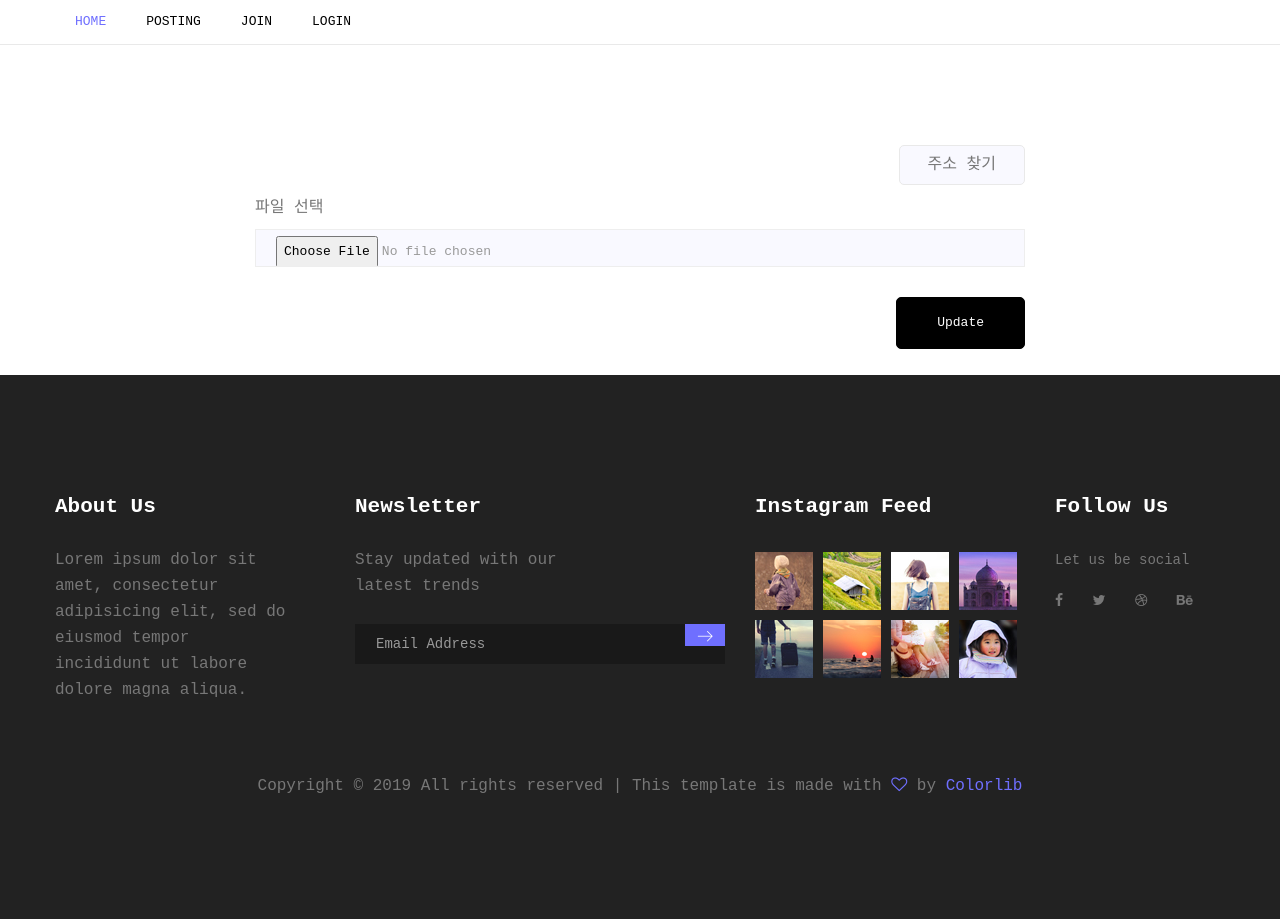
Repository: juneyj114/jspblog
Page: http://localhost/blog/user/userProfileForm.jsp
These files come from the project's save history. The page is drawn as it stood at one moment and after the next save; the edit follows.
The browser window is 1280 px wide. The pictures show the whole page.
Some web fonts or font styles are not loaded; a fallback is used. The page is served by Tomcat 9. Other server files are loaded and not shown.

Above is the page before, as saved 2019-11-13 05:38:48.

### blog/WebContent/user/userProfileForm.jsp
<%@ page language="java" contentType="text/html; charset=UTF-8" pageEncoding="UTF-8"%>
<html>
<%@ include file="/include/nav.jsp"%>

<!--================Contact Area =================-->
<section class="contact_area">
	<div class="container">
		<div class="row">
			<div class="col-lg-2"></div>
			<div class="col-lg-8">
				<form class="row contact_form" action="/blog/user?&cmd=update" method="post" onsubmit="return validateCheck()">

					<div class="col-md-12">
						<div class="form-group float-right">
							<a class="blog_btn" onclick={goPopup()}>주소 찾기</a>
						</div>
					</div>
					<div class="col-md-12">
						<div class="form-group">
							<label for="filename">파일 선택</label>
							<input type="file" id="filename" class="form-control" name="userProfile" style="overflow: hidden;" readonly >
						</div>
					</div>
					<div class="col-md-12 text-right">
						<button type="submit" value="submit" class="btn submit_btn">Update</button>
					</div>
				</form>
			</div>
			<div class="col-lg-2"></div>
		</div>
	</div>
</section>
<!--================Contact Area =================-->
<%@ include file="/include/footer.jsp"%>
</html>

### blog/WebContent/include/nav.jsp
<%@ page language="java" contentType="text/html; charset=UTF-8" pageEncoding="UTF-8"%>
<%@ taglib prefix="c" uri="http://java.sun.com/jsp/jstl/core"%>
<html>
<head>
<!-- Required meta tags -->
<meta charset="utf-8">
<meta name="viewport" content="width=device-width, initial-scale=1, shrink-to-fit=no">
<link rel="icon" href="/blog/img/favicon.png" type="image/png">
<title>Juney's Blog</title>
<!-- Bootstrap CSS -->
<link rel="stylesheet" href="/blog/css/bootstrap.css">
<link rel="stylesheet" href="/blog/vendors/linericon/style.css">
<link rel="stylesheet" href="/blog/css/font-awesome.min.css">
<link rel="stylesheet" href="/blog/vendors/owl-carousel/owl.carousel.min.css">
<link rel="stylesheet" href="/blog/vendors/lightbox/simpleLightbox.css">
<link rel="stylesheet" href="/blog/vendors/nice-select/css/nice-select.css">
<link rel="stylesheet" href="/blog/vendors/animate-css/animate.css">
<link rel="stylesheet" href="/blog/vendors/jquery-ui/jquery-ui.css">
<!-- main css -->
<link rel="stylesheet" href="/blog/css/style.css">
<link rel="stylesheet" href="/blog/css/responsive.css">

</head>

<body>
	<!--================Header Menu Area =================-->
	<header class="header_area">
		<div class="main_menu">
			<nav class="navbar navbar-expand-lg navbar-light">
				<div class="container box_1620">
					<!-- Brand and toggle get grouped for better mobile display -->
					<a class="navbar-brand logo_h" href="#"><img src="/blog/img/logo.png" alt=""></a>
					<button class="navbar-toggler" type="button" data-toggle="collapse" data-target="#navbarSupportedContent" aria-controls="navbarSupportedContent" aria-expanded="false"
						aria-label="Toggle navigation">
						<span class="icon-bar"></span> <span class="icon-bar"></span> <span class="icon-bar"></span>
					</button>
					<!-- Collect the nav links, forms, and other content for toggling -->
					<div class="collapse navbar-collapse offset" id="navbarSupportedContent">
						<ul class="nav navbar-nav menu_nav" id="mainUl">
							<li class="nav-item active"><a class="nav-link" href="/blog/index.jsp">Home</a></li>
							<li class="nav-item"><a class="nav-link" href="/blog/board/write.jsp">Posting</a></li>
							<%-- <li class="nav-item"><a class="nav-link" href="/blog/user/join.jsp">Join</a></li> --%>

							<%-- <c:choose>
								<c:when test="${empty sessionScope.username}">
									<li class="nav-item">
										<a class="nav-link" href="/blog/user/login.jsp">Login</a>
									</li>
								</c:when>
								<c:otherwise>
									<li class="nav-item">
										<a class="nav-link" href="/blog/user?cmd=logout">Logout</a>
									</li>
								</c:otherwise>
							</c:choose> --%>

						</ul>
						<ul class="nav navbar-nav navbar-right header_social ml-auto">
							<c:choose>
								<c:when test="${empty sessionScope.user}"></c:when>
								<c:otherwise>
								<a href="/blog/user/userProfileForm.jsp"><img src="${sessionScope.user.userProfile}" style="height: 40px; border-radius: 100%; width: 40px;" /></a>
								</c:otherwise>

							</c:choose>
						</ul>
					</div>
				</div>
			</nav>
			<script>
				const mainUl = document.querySelector("#mainUl");
				const id = "<c:out value='${sessionScope.user}'/>";
				const li1 = document.createElement("li");
				const a1 = document.createElement("a");
				const li2 = document.createElement("li");
				const a2 = document.createElement("a");
				console.log(id);
				if (id === null || id === "") {
					a1.innerText = "Join";
					a1.href = "/blog/user/join.jsp";
					a2.innerText = "Login";
					a2.href = "/blog/user/login.jsp";
				} else {
					a1.innerText = "Profile";
					a1.href = "/blog/user/update.jsp";
					a2.innerText = "Logout";
					a2.href = "/blog/user?cmd=logout";
				}
				a1.classList.add("nav-link");
				li1.classList.add("nav-item");
				li1.appendChild(a1);
				mainUl.appendChild(li1);
				a2.classList.add("nav-link");
				li2.classList.add("nav-item");
				li2.appendChild(a2);
				mainUl.appendChild(li2);
			</script>

		</div>
	</header>

</body>
</html>

### blog/WebContent/include/footer.jsp
<%@ page language="java" contentType="text/html; charset=UTF-8" pageEncoding="UTF-8"%>

<html>
<body>
<!--================ start footer Area  =================-->
	<footer class="footer-area p_120" style="margin-top:10px">
		<div class="container">
			<div class="row">
				<div class="col-lg-3  col-md-6 col-sm-6">
					<div class="single-footer-widget">
						<h6 class="footer_title">About Us</h6>
						<p>Lorem ipsum dolor sit amet, consectetur adipisicing elit, sed do eiusmod tempor incididunt ut labore dolore magna aliqua.</p>
					</div>
				</div>
				<div class="col-lg-4 col-md-6 col-sm-6">
					<div class="single-footer-widget">
						<h6 class="footer_title">Newsletter</h6>
						<p>Stay updated with our latest trends</p>
						<div id="mc_embed_signup">
							<form target="_blank" action="https://spondonit.us12.list-manage.com/subscribe/post?u=1462626880ade1ac87bd9c93a&amp;id=92a4423d01" method="get" class="subscribe_form relative">
								<div class="input-group d-flex flex-row">
									<input name="EMAIL" placeholder="Email Address" onfocus="this.placeholder = ''" onblur="this.placeholder = 'Email Address '" required="" type="email">
									<button class="btn sub-btn">
										<span class="lnr lnr-arrow-right"></span>
									</button>
								</div>
								<div class="mt-10 info"></div>
							</form>
						</div>
					</div>
				</div>
				<div class="col-lg-3 col-md-6 col-sm-6">
					<div class="single-footer-widget instafeed">
						<h6 class="footer_title">Instagram Feed</h6>
						<ul class="list instafeed d-flex flex-wrap">
							<li><img src="/blog/img/instagram/Image-01.jpg" alt=""></li>
							<li><img src="/blog/img/instagram/Image-02.jpg" alt=""></li>
							<li><img src="/blog/img/instagram/Image-03.jpg" alt=""></li>
							<li><img src="/blog/img/instagram/Image-04.jpg" alt=""></li>
							<li><img src="/blog/img/instagram/Image-05.jpg" alt=""></li>
							<li><img src="/blog/img/instagram/Image-06.jpg" alt=""></li>
							<li><img src="/blog/img/instagram/Image-07.jpg" alt=""></li>
							<li><img src="/blog/img/instagram/Image-08.jpg" alt=""></li>
						</ul>
					</div>
				</div>
				<div class="col-lg-2 col-md-6 col-sm-6">
					<div class="single-footer-widget f_social_wd">
						<h6 class="footer_title">Follow Us</h6>
						<p>Let us be social</p>
						<div class="f_social">
							<a href="#"><i class="fa fa-facebook"></i></a> <a href="#"><i class="fa fa-twitter"></i></a> <a href="#"><i class="fa fa-dribbble"></i></a> <a href="#"><i class="fa fa-behance"></i></a>
						</div>
					</div>
				</div>
			</div>
			<div class="row footer-bottom d-flex justify-content-between align-items-center">
				<p class="col-lg-12 footer-text text-center">
					<!-- Link back to Colorlib can't be removed. Template is licensed under CC BY 3.0. -->
					Copyright &copy;
					<script>
						document.write(new Date().getFullYear());
					</script>
					All rights reserved | This template is made with <i class="fa fa-heart-o" aria-hidden="true"></i> by <a href="https://colorlib.com" target="_blank">Colorlib</a>
					<!-- Link back to Colorlib can't be removed. Template is licensed under CC BY 3.0. -->
				</p>
			</div>
		</div>
	</footer>

<!--================ End footer Area  =================-->

<!-- Optional JavaScript -->
<!-- jQuery first, then Popper.js, then Bootstrap JS -->
<script src="/blog/js/jquery-3.2.1.min.js"></script>
<script src="/blog/js/popper.js"></script>
<script src="/blog/js/bootstrap.min.js"></script>
<script src="/blog/js/stellar.js"></script>
<script src="/blog/vendors/lightbox/simpleLightbox.min.js"></script>
<script src="/blog/vendors/nice-select/js/jquery.nice-select.min.js"></script>
<script src="/blog/vendors/isotope/imagesloaded.pkgd.min.js"></script>
<script src="/blog/vendors/isotope/isotope-min.js"></script>
<script src="/blog/vendors/owl-carousel/owl.carousel.min.js"></script>
<script src="/blog/vendors/jquery-ui/jquery-ui.js"></script>
<script src="/blog/js/jquery.ajaxchimp.min.js"></script>
<script src="/blog/js/mail-script.js"></script>
<script src="/blog/js/theme.js"></script>
</body>
</html>

### blog/WebContent/css/responsive.css
@media (max-width:1619px){
	/* Main Menu Area css
	============================================================================================ */
   .header_area .navbar .search {
		margin-left: 40px;
	}
	/* End Main Menu Area css
	============================================================================================ */
	.home_banner_area .blog_text_slider .owl-prev, .home_banner_area .blog_text_slider .owl-next {
		right: 0px;
		font-size: 30px;
	}
}
@media (max-width:1199px){
	/* Main Menu Area css
	============================================================================================ */
	.header_area + section, .header_area + div {
		margin-top: 143px;
	}
	.top_menu .container{
		display: block;
	}
	/* End Main Menu Area css
	============================================================================================ */
	/* Home Banner Area css
	============================================================================================ */
	.home_banner_area {
		min-height: 700px;
	}
	/* End Home Banner Area css
	============================================================================================ */
	.home_banner_area {
		background-size: cover;
	}
	.blog_text {
		padding: 65px 65px 65px 65px;
	}
	.banner_area {
		background-size: cover;
	}
	.blog_style1 .blog_text {
		padding-left: 15px;
		padding-right: 15px;
		padding-top: 0px;
		padding-bottom: 0px;
	}
}

@media (max-width:991px){
	/* Main Menu Area css
	============================================================================================ */
	.logo_part {
		display: none;
	}
    .navbar-toggler {
        border: none;
        border-radius: 0px;
        padding: 0px;
        cursor: pointer;
        margin-top: 27px;
        margin-bottom: 23px;
		float: right;
    }
	.header_area .navbar {
		background: #fff;
	}
    .navbar-toggler[aria-expanded="false"] span:nth-child(2) {
		opacity: 1;
	}
	.navbar-toggler[aria-expanded="true"] span:nth-child(2) {
		opacity: 0;
	}
	.navbar-toggler[aria-expanded="true"] span:first-child {
		transform: rotate(-45deg);
		position: relative;
		top: 7.5px;
	}
	.navbar-toggler[aria-expanded="true"] span:last-child {
		transform: rotate(45deg);
		bottom: 6px;
		position: relative;
	}
	.navbar-toggler span{
		display: block;
		width: 25px;
		height: 3px;
		background: #000;
		margin: auto;
		margin-bottom: 4px;
		transition: all 400ms linear;
		cursor: pointer;
	}
    .navbar .container{
        padding-left: 15px;
        padding-right: 15px;
    }
    .nav{
        padding: 0px 0px;
    }
	.header_area + section, .header_area + row, .header_area + div {
		margin-top: 117px;
	}
    .header_top .nav{
        padding: 0px;
    }
    .header_area .navbar .nav .nav-item .nav-link{
        line-height: 40px;
        margin-right: 0px;
        display: block;
		border-bottom: 1px solid #ededed33;
		border-radius: 0px;
    }
    .header_area .navbar .search{
        margin-left: 0px;
    }
	.header_area .navbar-collapse{
		max-height: 340px;
		overflow-y: scroll;
	}
	.header_area .navbar .nav .nav-item.submenu ul .nav-item .nav-link {
		padding: 0px 15px;
	}
	.header_area .navbar .nav .nav-item {
		margin-right: 0px;
	}
	.header_area + section, .header_area + row, .header_area + div {
		margin-top: 71px;
	}
	.main_menu .navbar .container_inner {
		display: block;
	}
	.main_menu .navbar .navbar-brand {
		display: inline-block;
		padding-top: 11px;
		width: 173px;
	}
	.main_menu .navbar .navbar-brand img {
		width: 100%;
	}
	/* End Main Menu Area css
	============================================================================================ */

	/* Contact Page Area css
	============================================================================================ */
	.contact_info{
		margin-bottom: 50px;
	}
	/* End Contact page Area css
	============================================================================================ */
	.home_banner_area .donation_inner{
		margin-bottom: -30px;
	}
	.single-footer-widget{
		margin-bottom: 30px;
	}
	.footer-area .row{
		margin-bottom: -30px;
	}
	/* Footer Area css
	============================================================================================ */
	/* End End Footer Area css
	============================================================================================ */
	.home_banner_area {
		background-size: cover;
		margin-bottom: 0px;
	}
	/* Extra header Area css
	============================================================================================ */
	/* End Extra header Area css
	============================================================================================ */

	.nav.navbar-nav.navbar-right.header_social{
		display: none;
	}

}
@media (max-width:767px){
	.home_banner_area {
		min-height: 500px;
	}
	.home_banner_area .banner_inner {
		min-height: 500px;
	}
	.home_banner_area .banner_inner .banner_content {
		margin-top: 0px;
	}
	/* Blog Page Area css
	============================================================================================ */
    .blog_banner .banner_inner .blog_b_text h2 {
		font-size: 40px;
		line-height: 50px;
	}
	.blog_info.text-right{
		text-align: left !important;
		margin-bottom: 10px;
	}
	/* End Blog Page Area css
	============================================================================================ */
	.home_banner_area .banner_inner .banner_content h3 {
		font-size: 30px;
	}
	.home_banner_area .banner_inner .banner_content p br {
		display: none;
	}
	/* Footer Area css
	============================================================================================ */
	.footer-bottom .footer-text{
		text-align: center;
	}
	.footer-bottom .footer-social {
		text-align: center;
		margin-bottom: 20px;
	}
	/* End End Footer Area css
	============================================================================================ */
	.blog_style1.small .blog_img img{
		width: 100%;
	}
}
@media (max-width:575px){

	.header_area + section, .header_area + row, .header_area + div {
		margin-top: 71px;
	}
	.top_menu {
		display: none;
	}

    /* Home Banner Area css
	============================================================================================ */
	.home_banner_area .banner_inner .banner_content h2 {
		font-size: 28px;
	}
	.home_banner_area {
		min-height: 500px;
	}
	.home_banner_area .banner_inner {
		min-height: 500px;
	}
	.blog_banner .banner_inner .blog_b_text {
		margin-top: 0px;
	}
	.home_banner_area .banner_inner .banner_content img{
		display: none;
	}
	.home_banner_area .banner_inner .banner_content h5 {
		margin-top: 0px;
	}
	.home_banner_area .banner_inner .banner_content .date a {
		margin-right: 8px;
	}
	/* End Home Banner Area css
	============================================================================================ */
	.p_120 {
		padding-top: 70px;
		padding-bottom: 70px;
	}
	.main_title h2 {
		font-size: 25px;
	}
	/* Elements Area css
	============================================================================================ */
	.sample-text-area {
		padding: 70px 0 70px 0;
	}
	/* End Elements Area css
	============================================================================================ */

	/* Blog Page Area css
	============================================================================================ */
	.blog_details h2 {
		font-size: 20px;
		line-height: 30px;
	}
	.blog_banner .banner_inner .blog_b_text h2 {
		font-size: 28px;
		line-height: 38px;
	}
	.banner_area .banner_inner .banner_content {
		margin-top: 0px;
	}
	/* End Blog Page Area css
	============================================================================================ */
	/* Footer Area css
	============================================================================================ */
	/* End End Footer Area css
	============================================================================================ */
	.pad_top {
		padding-top: 70px;
	}
	.mt-100 {
		margin-top: 50px;
	}
	.single-footer-widget p {
		max-width: 100%;
	}
	.p_100 {
		padding-top: 70px;
		padding-bottom: 70px;
	}
	.blog_style1 .blog_text .blog_text_inner {
		margin-top: 0px;
	}
	.blog_style1 .blog_text {
		padding-left: 0px;
		padding-right: 0px;
		padding-top: 0px;
		padding-bottom: 0px;
	}
	.blog_text .cat a {
		margin-right: 5px;
	}
	.blog_text .cat .cat_btn {
		display: block;
		width: 86px;
		margin-bottom: 10px;
	}
}

@media (max-width:480px){
	/* Main Menu Area css
	============================================================================================ */
	.header_area .navbar-collapse{
		max-height: 250px;
	}
	/* End Main Menu Area css
	============================================================================================ */

	/* Home Banner Area css
	============================================================================================ */
    .home_banner_area .banner_inner .banner_content {
		padding: 30px 15px;
		margin-top: 0px;
	}
	.banner_content .white_btn {
		display: block;
	}
	.home_banner_area .banner_inner .banner_content h3 {
		font-size: 24px;
	}
	.home_banner_area .carousel .carousel-indicators {
		bottom: -50px;
		z-index: 20;
	}
	/* End Home Banner Area css
	============================================================================================ */
	.banner_area .banner_inner .banner_content h2 {
		font-size: 32px;
	}
	/* Blog Page Area css
	============================================================================================ */
	.comments-area .thumb {
		margin-right: 10px;
	}

	/* End Blog Page Area css
	============================================================================================ */
	.home_banner_area .blog_text_slider .owl-prev {
		top: auto;
		bottom: 110px;
		transform: translateY(-0%);
		left: 10px;
	}
	.home_banner_area .blog_text_slider .owl-next {
		top: auto;
		bottom: 110px;
		right: 10px;
		transform: translateY(-0%);
	}
	.blog_text {
		padding: 60px 20px;
	}
}

Loaded but not shown: blog/WebContent/css/bootstrap.css (library); blog/WebContent/vendors/linericon/style.css (library); blog/WebContent/css/font-awesome.min.css (library); blog/WebContent/vendors/owl-carousel/owl.carousel.min.css (common file); blog/WebContent/vendors/lightbox/simpleLightbox.css (library); blog/WebContent/vendors/nice-select/css/nice-select.css (library); blog/WebContent/vendors/animate-css/animate.css (library); blog/WebContent/vendors/jquery-ui/jquery-ui.css (library); blog/WebContent/js/jquery-3.2.1.min.js (library); blog/WebContent/js/popper.js (library); blog/WebContent/js/bootstrap.min.js (library); blog/WebContent/js/stellar.js (library); blog/WebContent/vendors/lightbox/simpleLightbox.min.js (library); blog/WebContent/vendors/nice-select/js/jquery.nice-select.min.js (common file); blog/WebContent/vendors/isotope/imagesloaded.pkgd.min.js (library); blog/WebContent/vendors/isotope/isotope-min.js (library); blog/WebContent/vendors/owl-carousel/owl.carousel.min.js (library); blog/WebContent/vendors/jquery-ui/jquery-ui.js (library); blog/WebContent/js/jquery.ajaxchimp.min.js (library); blog/WebContent/js/theme.js (283 lines, source omitted); blog/WebContent/js/mail-script.js (31 lines, source omitted); blog/WebContent/css/style.css (3904 lines, source omitted)

After the next save:
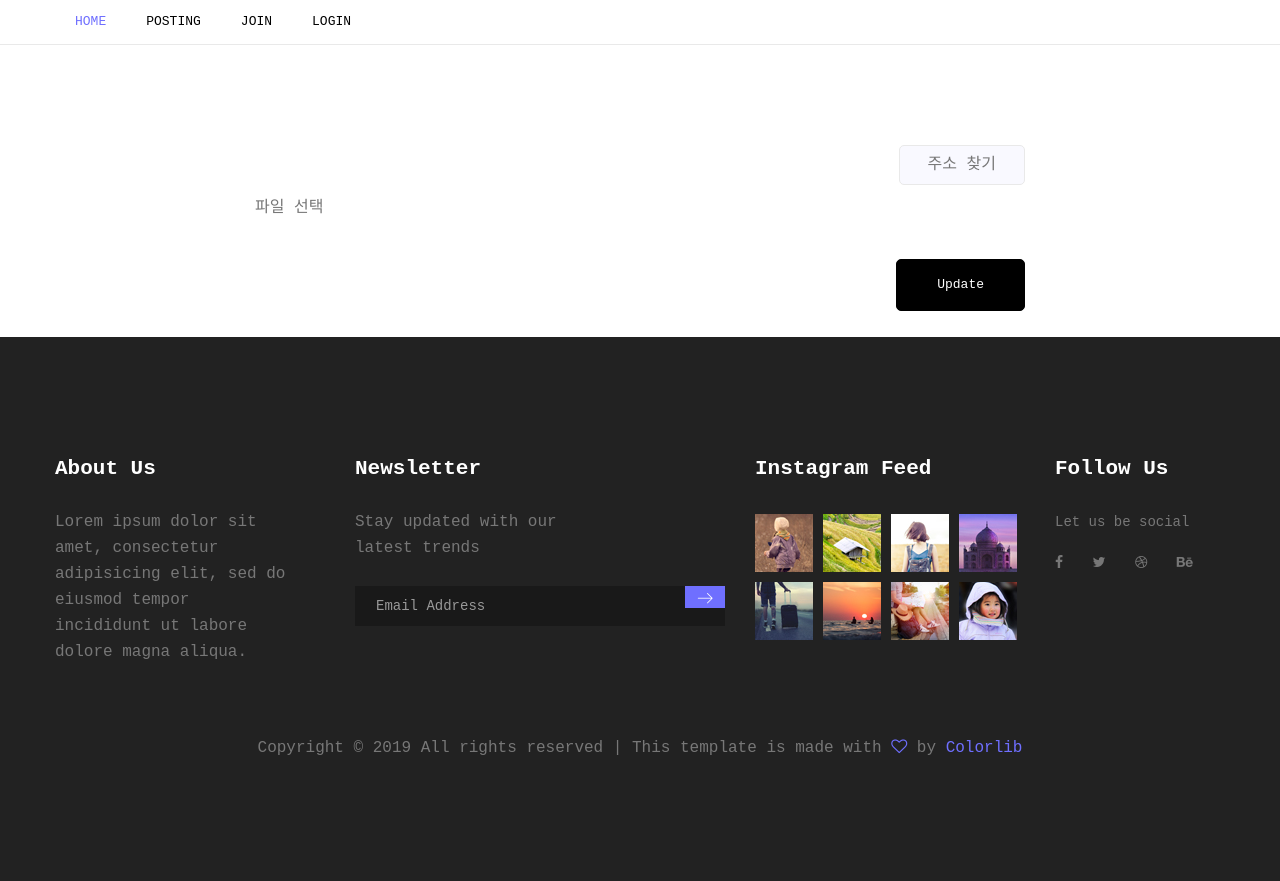
Saved 54 s later.
--- a/blog/WebContent/user/userProfileForm.jsp
+++ b/blog/WebContent/user/userProfileForm.jsp
@@ -18,7 +18,7 @@
 					<div class="col-md-12">
 						<div class="form-group">
 							<label for="filename">파일 선택</label>
-							<input type="file" id="filename" class="form-control" name="userProfile" style="overflow: hidden;" readonly >
+							<input type="file" id="filename" class="form-control" name="userProfile" hidden readonly >
 						</div>
 					</div>
 					<div class="col-md-12 text-right">
